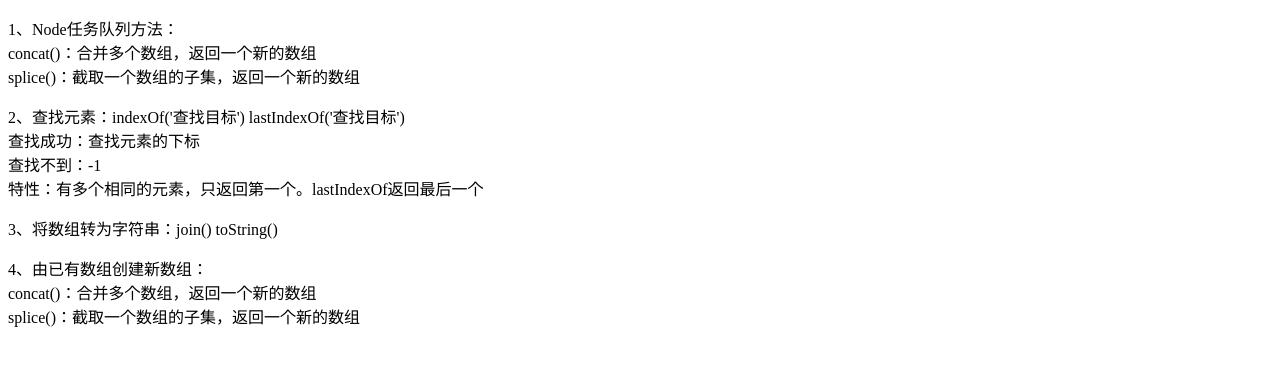
Repository: 15878162243/nodejsNote
Page: node方法.html
These files come from the project's save history. The page is drawn as it stood at one moment and after a run of saves; the edit follows.
The browser window is 1280 px wide. The pictures show the whole page.

Above is the page before, as saved 2022-09-25 15:38:47.

After the next 2 saves:
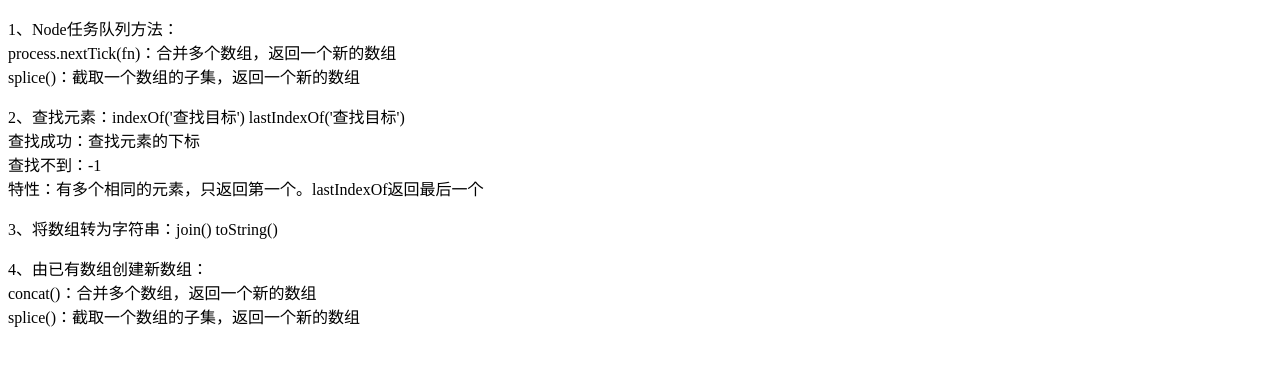
The 2 saves are shown as one change because they came seconds apart.
The last was saved 31 s later.
--- a/node方法.html
+++ b/node方法.html
@@ -7,7 +7,7 @@
 	<body>
 
 		<p>1、Node任务队列方法：<br />
-			concat()：合并多个数组，返回一个新的数组<br />
+			process.nextTick(fn)：合并多个数组，返回一个新的数组<br />
 			splice()：截取一个数组的子集，返回一个新的数组<br />
 		</p>
 		<script>
